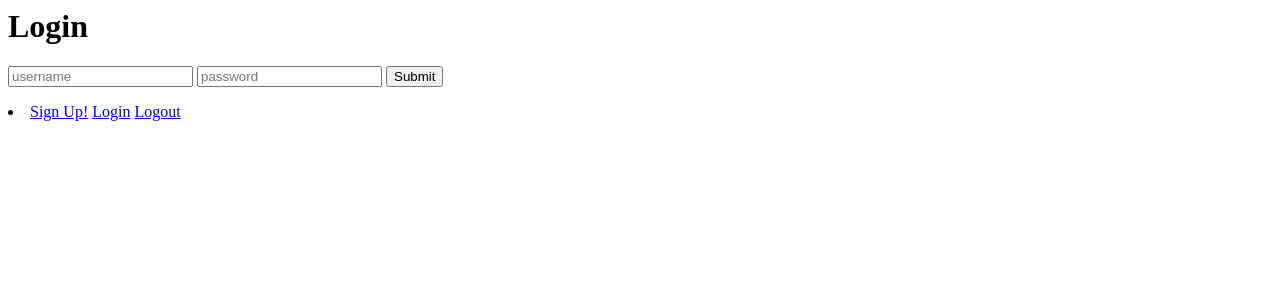
Repository: karanagg262/The-Web-Development-Bootcamp
Page: http://localhost/login
The author's editor kept a record of every edit. The page is drawn from the files as they stood at one moment, then again after the next edit.
The browser window is 1280 px wide. The pictures show the whole page.
The page is served by the project's Node server (Authentication/Authdemo/app.js). Other server files are loaded and not shown.

Above is the page before.

### Backend and full scale projects/Authentication/Authdemo/views/login.ejs
<h1>Login</h1>

<form action="/login" method="POST">
    <input type="text" name="username" placeholder="username">
    <input type="password" name="password" placeholder="password">
    <button>Submit</button>
</form>

<li><a href="/register">Sign Up!</a>
    <a href="/login">Login</a>
    <a href="/logout">Logout</a>

### Backend and full scale projects/Authentication/Authdemo/app.js
var express = require("express"),
    mongoose = require("mongoose"),
    bodyparser = require("body-parser"),
    passport = require("passport"),
    localstartegy = require("passport-local"),
    user = require("./models/user"),
    passportlocalmongoose =  require("passport-local-mongoose"),
    app = express();

mongoose.connect('mongodb://localhost:27017/authdemoapp', {useNewUrlParser: true, useUnifiedTopology: true});
app.set('view engine', 'ejs');
app.use(require("express-session")({
   secret: "Rusty is worst dog",
   resave: false,
   saveUninitialized: false
}));
app.use(passport.initialize());
app.use(passport.session());
app.use(bodyparser.urlencoded({extended: true}));

passport.use(new localstartegy(user.authenticate()));
passport.serializeUser(user.serializeUser());
passport.deserializeUser(user.deserializeUser());


//ROUTES

app.get("/", function(req, res){
   res.render("home");
});

app.get("/secret", isloggedin, function(req, res){
    res.render("secret");
})

//Auth routes

//SignUp Routes
app.get("/register", function(req, res) {
    res.render("register");
});

app.post("/register", function(req, res){
    user.register(new user({username: req.body.username}), req.body.password, function(err, user){
      if(err){
          console.log(err);
          return res.render("/register");
      }
    passport.authenticate("local")(req, res, function(){
        res.redirect("/secret");
    });
  });
});


//Login Routes
app.get("/login", function(req, res) {
    res.render("login");
});

app.post("/login", passport.authenticate("local" ,{
    successRedirect: "/secret",
    failureRedirect: "/login"
}), function(req, res){
});

app.get("/logout", function(req, res) {
    req.logout();
    res.redirect("/");
});

function isloggedin(req, res, next){
    if(req.isAuthenticated()){
        return next();
    }
    res.redirect("/login");
}
app.listen(process.env.PORT, process.env.IP, function(){
    console.log("Event Started");
})

After the next edit:
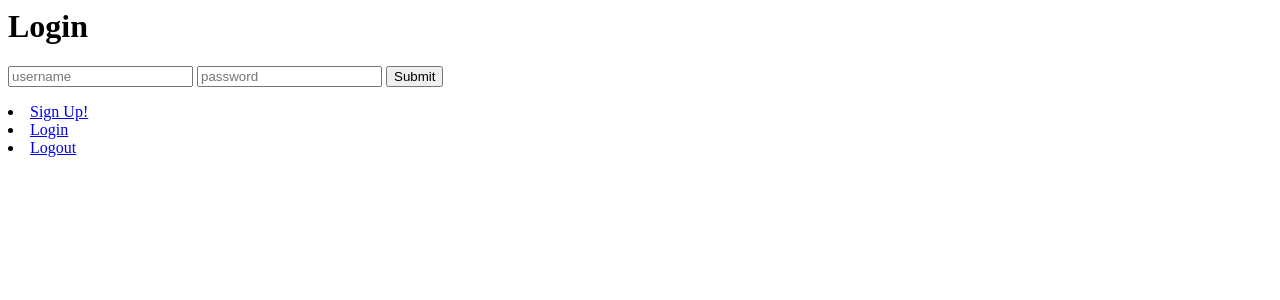
The edit:
--- a/Backend and full scale projects/Authentication/Authdemo/views/login.ejs
+++ b/Backend and full scale projects/Authentication/Authdemo/views/login.ejs
@@ -6,6 +6,6 @@
     <button>Submit</button>
 </form>
 
-<li><a href="/register">Sign Up!</a>
-    <a href="/login">Login</a>
-    <a href="/logout">Logout</a>
+<li><a href="/register">Sign Up!</a></li>
+<li><a href="/login">Login</a></li>
+<li><a href="/logout">Logout</a></li>
